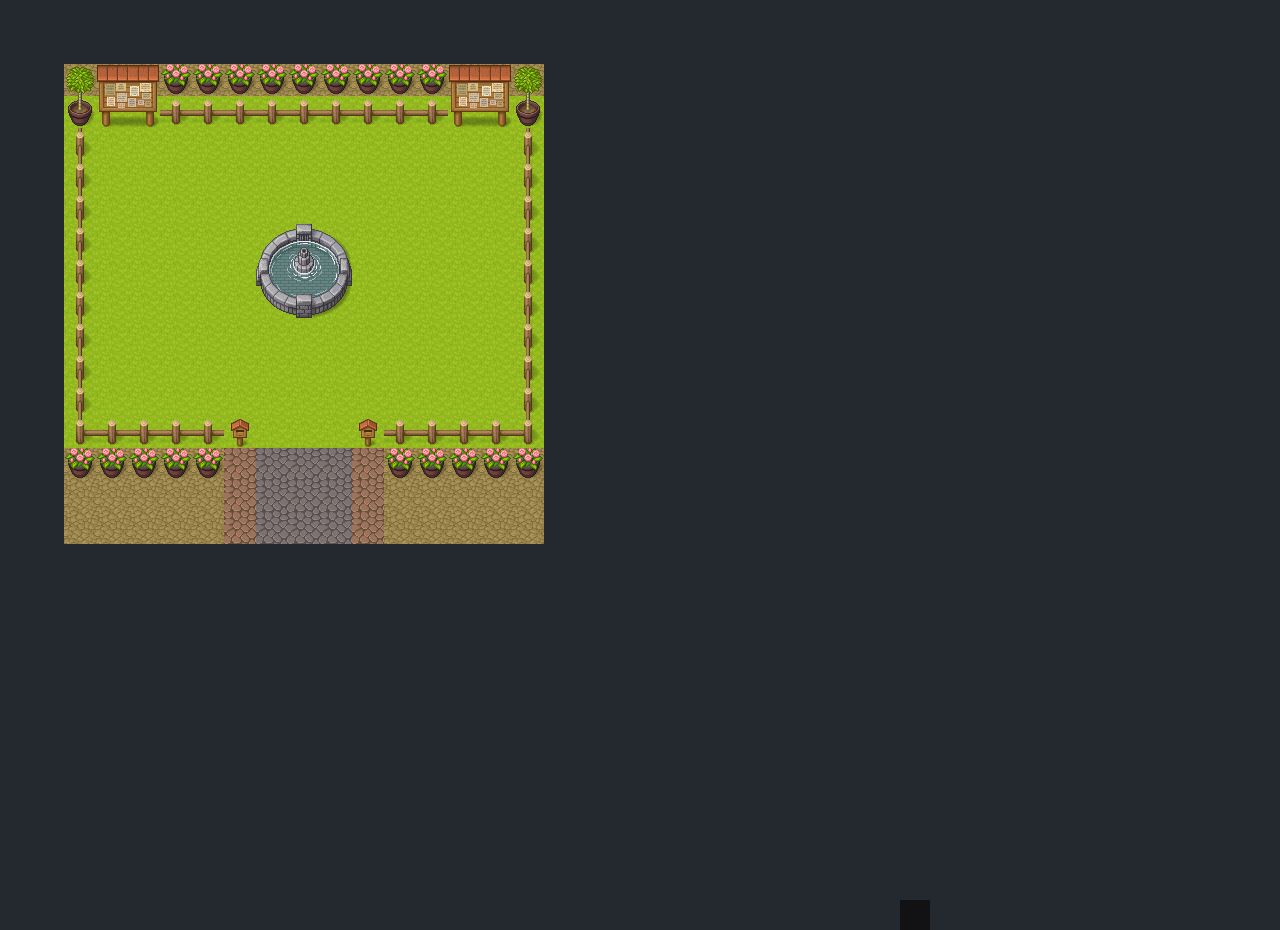
Repository: guilhermecardoso93/rpg-react
Page: /
The author's editor kept a copy of each file at every save. The page is drawn from the files as they stood at one save, then again after the next save.
The browser window is 1280 px wide. The pictures show the whole page.
The project was rebuilt for these pictures with package versions that can differ from the ones it lists, and the page was loaded fresh each time.

Above is the page before, as saved 2022-11-15 21:33:08.

After the next save:
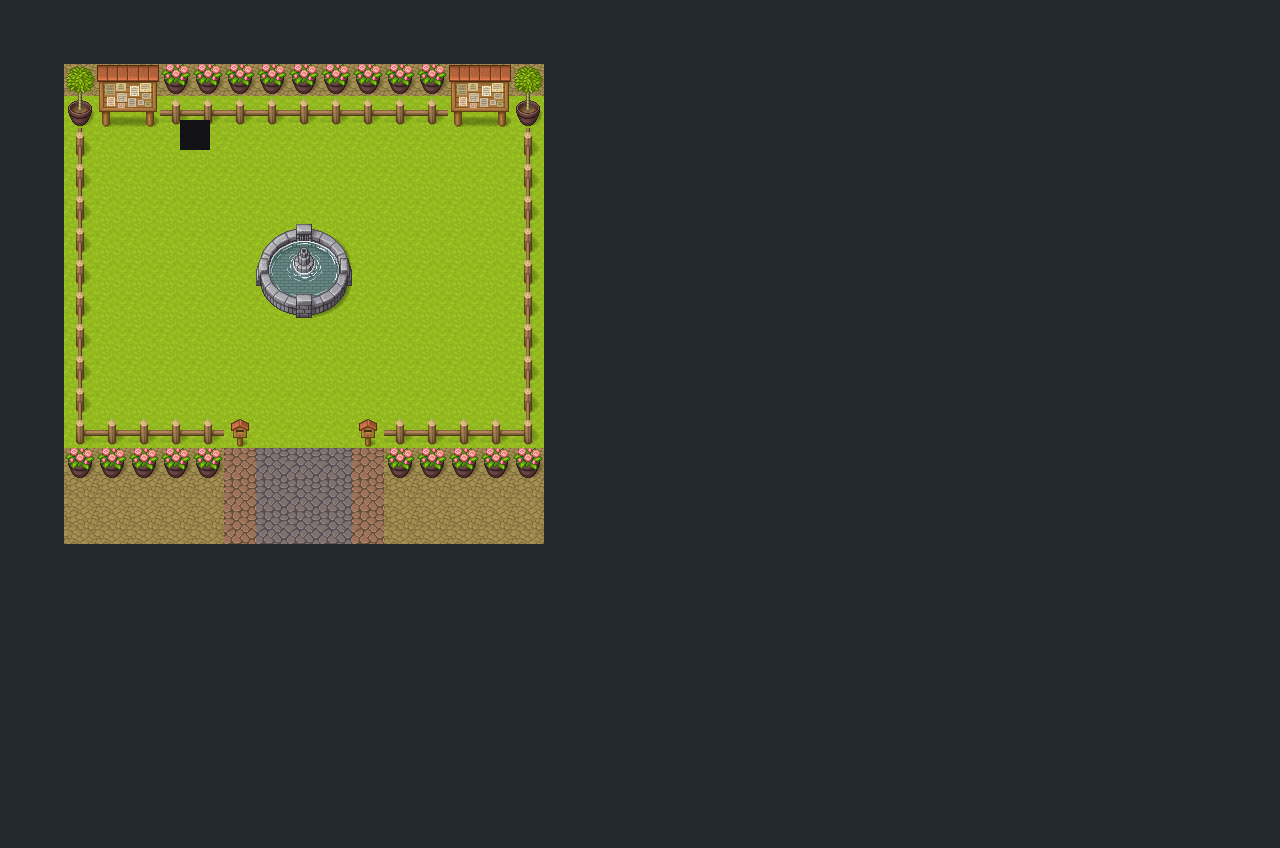
Saved 55 s later.
--- a/src/App.tsx
+++ b/src/App.tsx
@@ -7,7 +7,7 @@
   return (
     <Container>
       <Map>
-        <Character x={30} y={30}/>
+        <Character x={6} y={4}/>
       </Map>
     </Container>
   );
